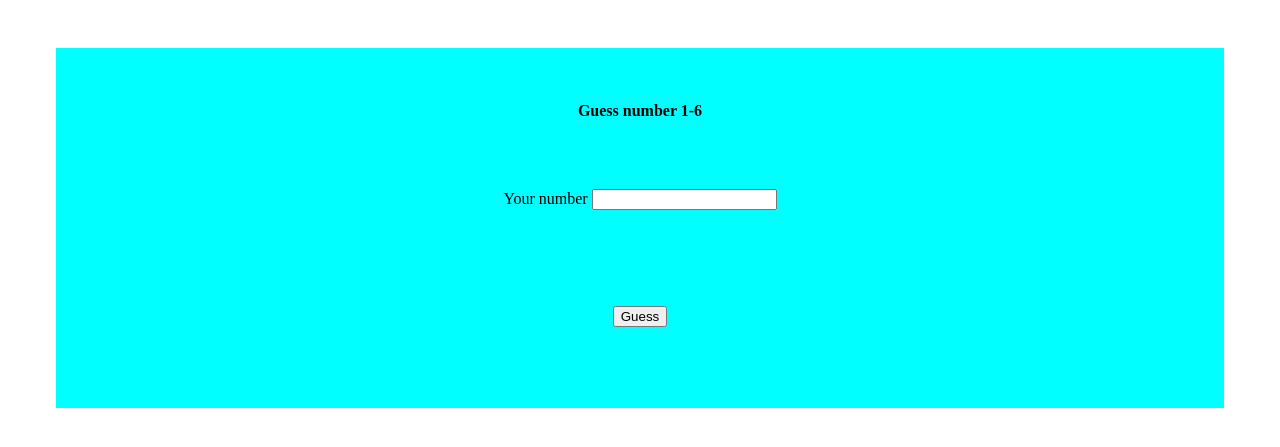
Repository: Ironicmanx/HTMLFILES
Page: Javascript/guessNumber/guess.html
These files come from the project's save history. The page is drawn as it stood at one moment and after the next save; the edit follows.
The browser window is 1280 px wide. The pictures show the whole page.

Above is the page before, as saved 2024-02-05 20:15:14.

After the next save:
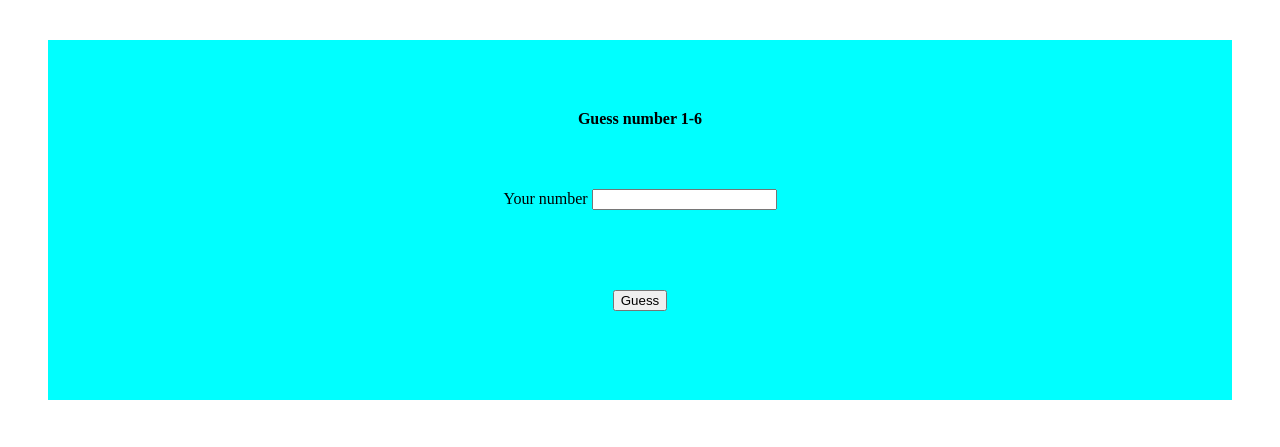
Saved 7 s later.
--- a/Javascript/guessNumber/guess.css
+++ b/Javascript/guessNumber/guess.css
@@ -10,5 +10,5 @@ div#container{
 }
 div{
     text-align: center;
-    margin: 3em;
+    margin: 2.5em;
 }
